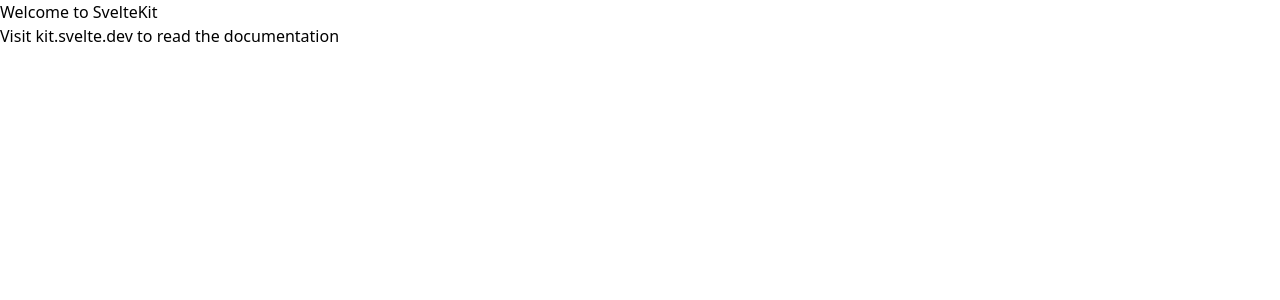
Repository: acostajoma/Portfolio-2.0
Page: /
An editor plug-in stored every save of this project. The page is shown before and after the next save, followed by the edit.
The browser window is 1280 px wide. The pictures show the whole page.
The project was rebuilt for these pictures with package versions that can differ from the ones it lists, and the page was loaded fresh each time. The framework's server and built-in components were replaced by stand-ins that run in the browser. Also part of the build but not shown: svelte.config.js, vite.config.js.

Above is the page before, as saved 2022-11-19 17:41:17.

### src/routes/+layout.svelte
<script>
    import '../app.css';
</script>

<slot />

Loaded but not shown: src/app.html (common file); src/routes/+page.svelte (common file); src/app.css (common file); tailwind.config.cjs (common file)

After the next save:
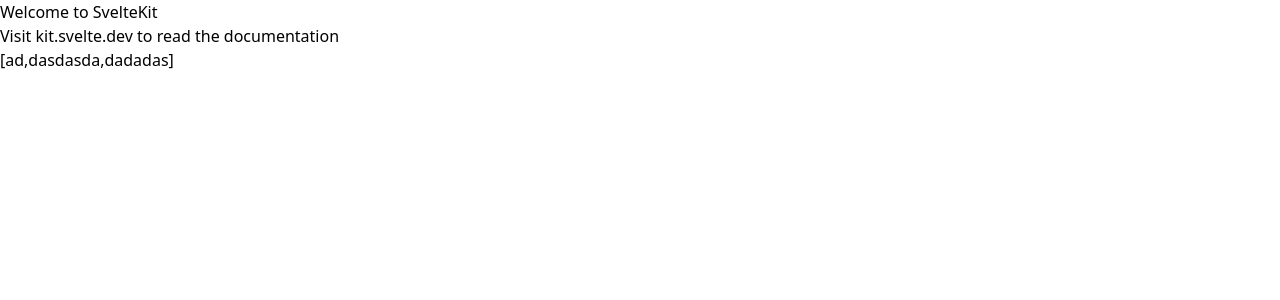
Saved 2 min 40 s later.
--- a/src/routes/+layout.svelte
+++ b/src/routes/+layout.svelte
@@ -3,3 +3,4 @@
 </script>
 
 <slot />
+[ad,dasdasda,dadadas]
